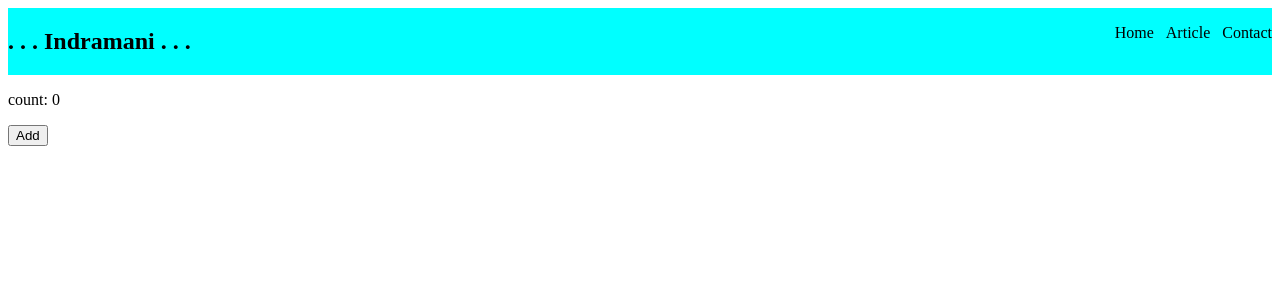
Repository: indramani7271/Indramani-First
Page: /
The author's editor kept a copy of each file at every save. The page is drawn from the files as they stood at one save, then again after the next save.
The browser window is 1280 px wide. The pictures show the whole page.
The project was rebuilt for these pictures with package versions that can differ from the ones it lists, and the page was loaded fresh each time. Also part of the build but not shown: vite.config.js, src/Component/Main.jsx, src/Component/Footer.jsx, src/Component/Content.jsx, src/index.css.

Above is the page before, as saved 2024-12-02 17:55:00.

After the next save:
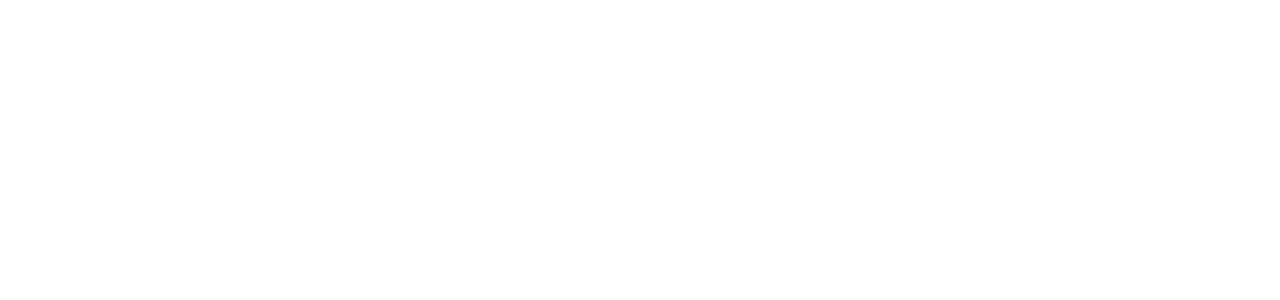
Console error: ReferenceError: add is not defined
Saved 73 s later.
--- a/src/Component/Counter.jsx
+++ b/src/Component/Counter.jsx
@@ -4,7 +4,7 @@
         <div>
             <p>count: {cnt}</p>
 
-            <button> Add</button>
+            <button onClick ={add}> Add</button>
         </div>
 
     )

After the save that followed:
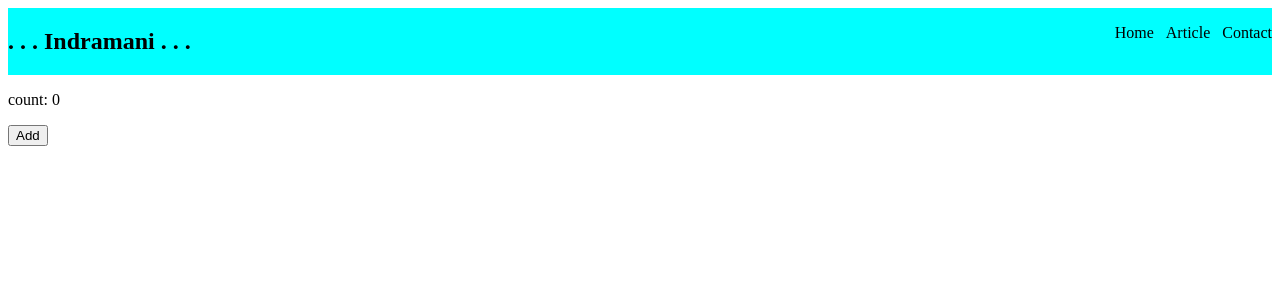
The error is gone.
Saved 85 s later.
--- a/src/Component/Counter.jsx
+++ b/src/Component/Counter.jsx
@@ -1,5 +1,12 @@
 function Counter(){
+
     let cnt = 0
+
+function add(){
+
+}
+
+
     return(
         <div>
             <p>count: {cnt}</p>
